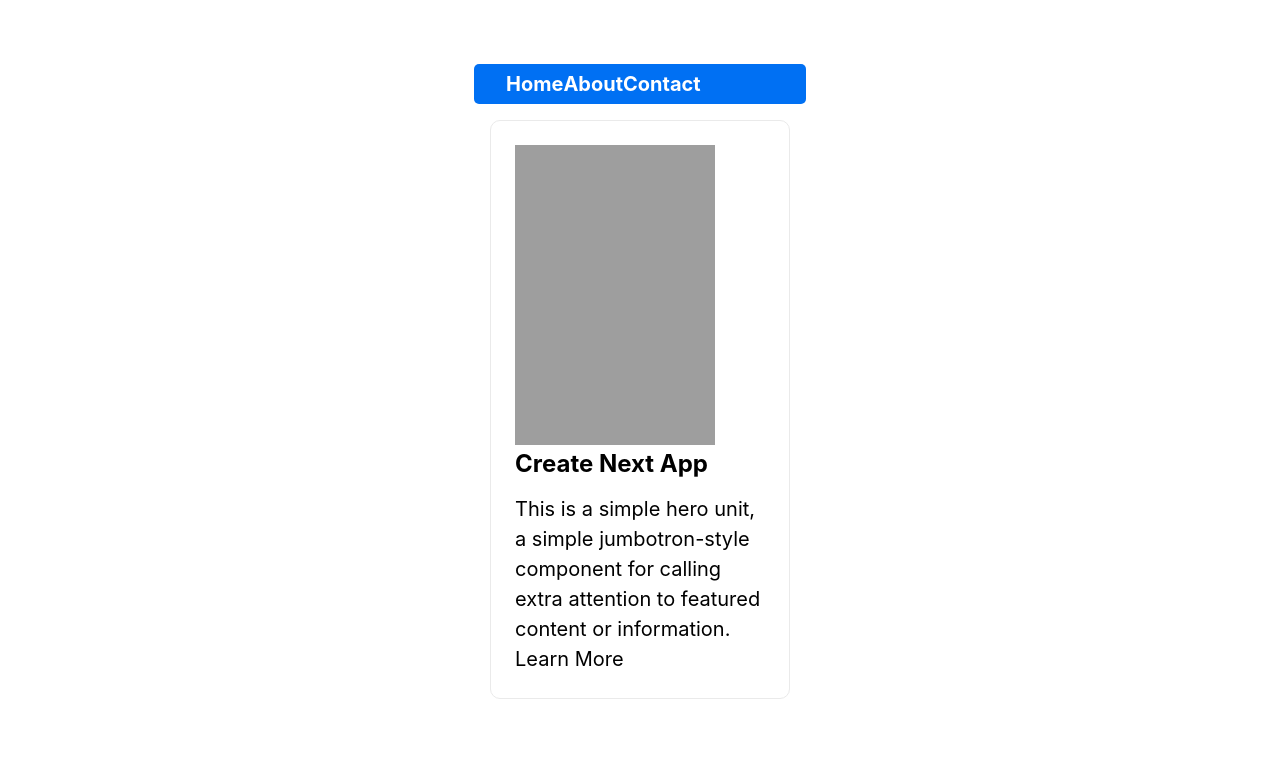
Repository: icode247/nextauth-app
Page: /
The author's editor kept a copy of each file at every save. The page is drawn from the files as they stood at one save, then again after the next save.
The browser window is 1280 px wide. The pictures show the whole page.
Pictures or frames that could not be fetched are drawn as grey boxes. The project was rebuilt for these pictures with package versions that can differ from the ones it lists, and the page was loaded fresh each time. The framework's server and built-in components were replaced by stand-ins that run in the browser. Also part of the build but not shown: next.config.js.

Above is the page before, as saved 2022-08-15 00:18:37.

### pages/index.tsx
import type { NextPage } from 'next'
import Head from 'next/head'
import Image from 'next/image'
import styles from '../styles/Home.module.css'

const Home: NextPage = () => {
  return (
    <div className={styles.container}>
      <Head>
        <title>Create Next App</title>
        <meta name="description" content="Generated by create next app" />
        <link rel="icon" href="/favicon.ico" />
      </Head>

      <main className={styles.main}>
        <div>
          {/* Create navbar */}
          <nav className={styles.navbar}>
            <div className={styles.navbarLinks}>
              <a href="#">Home</a>
              <a href="#">About</a>
              <a href="#">Contact</a>
            </div>
          </nav>
          {/* create book card */}
          <div className={styles.card}>
            <div className={styles.cardImage}>
              <Image src="/images/book.jpg" alt="book" width={200} height={300} />
            </div>
            <div className={styles.cardContent}>
              <h2>Create Next App</h2>
              <p>
                This is a simple hero unit, a simple jumbotron-style component for calling
                extra attention to featured content or information.
              </p>
              <p>
                <a className={styles.btn} href="https://nextjs.org/docs" target="_blank">
                  Learn More
                </a>
              </p>
            </div>
          </div>
        </div>
      </main>
    </div>
  )
}

export default Home

### styles/Home.module.css
.container {
  padding: 0 2rem;
}

.main {
  min-height: 100vh;
  padding: 4rem 0;
  flex: 1;
  display: flex;
  flex-direction: column;
  justify-content: center;
  align-items: center;
}

.footer {
  display: flex;
  flex: 1;
  padding: 2rem 0;
  border-top: 1px solid #eaeaea;
  justify-content: center;
  align-items: center;
}

.footer a {
  display: flex;
  justify-content: center;
  align-items: center;
  flex-grow: 1;
}

.title a {
  color: #0070f3;
  text-decoration: none;
}

.title a:hover,
.title a:focus,
.title a:active {
  text-decoration: underline;
}

.title {
  margin: 0;
  line-height: 1.15;
  font-size: 4rem;
}

.title,
.description {
  text-align: center;
}

.description {
  margin: 4rem 0;
  line-height: 1.5;
  font-size: 1.5rem;
}

.code {
  background: #fafafa;
  border-radius: 5px;
  padding: 0.75rem;
  font-size: 1.1rem;
  font-family: Menlo, Monaco, Lucida Console, Liberation Mono, DejaVu Sans Mono,
    Bitstream Vera Sans Mono, Courier New, monospace;
}

.grid {
  display: flex;
  align-items: center;
  justify-content: center;
  flex-wrap: wrap;
  max-width: 800px;
}

.card {
  margin: 1rem;
  padding: 1.5rem;
  text-align: left;
  color: inherit;
  text-decoration: none;
  border: 1px solid #eaeaea;
  border-radius: 10px;
  transition: color 0.15s ease, border-color 0.15s ease;
  max-width: 300px;
}

.card:hover,
.card:focus,
.card:active {
  color: #0070f3;
  border-color: #0070f3;
}

.card h2 {
  margin: 0 0 1rem 0;
  font-size: 1.5rem;
}

.card p {
  margin: 0;
  font-size: 1.25rem;
  line-height: 1.5;
}

.logo {
  height: 1em;
  margin-left: 0.5rem;
}

.navbar{
  display: flex;
  justify-content: space-between;
  align-items: center;
  padding: 0.5rem 1rem;
  background: #0070f3;
  color: #fff;
  font-size: 1.25rem;
  font-weight: bold;
  border-radius: 5px;
}

.navbarLinks{
  display: flex;
  align-items: center;
  justify-content: space-between;
}

.navbarLinks{
  color: #fff;
  text-decoration: none;
  margin-left: 1rem;
  font-size: 1.25rem;
  font-weight: bold;
  border-radius: 5px;
  transition: color 0.15s ease, border-color 0.15s ease;
  max-width: 300px;
}



@media (max-width: 600px) {
  .grid {
    width: 100%;
    flex-direction: column;
  }
}

@media (prefers-color-scheme: dark) {
  .card,
  .footer {
    border-color: #222;
  }
  .code {
    background: #111;
  }
  .logo img {
    filter: invert(1);
  }
}

Loaded but not shown: pages/_app.tsx (common file); styles/globals.css (common file)

After the next save:
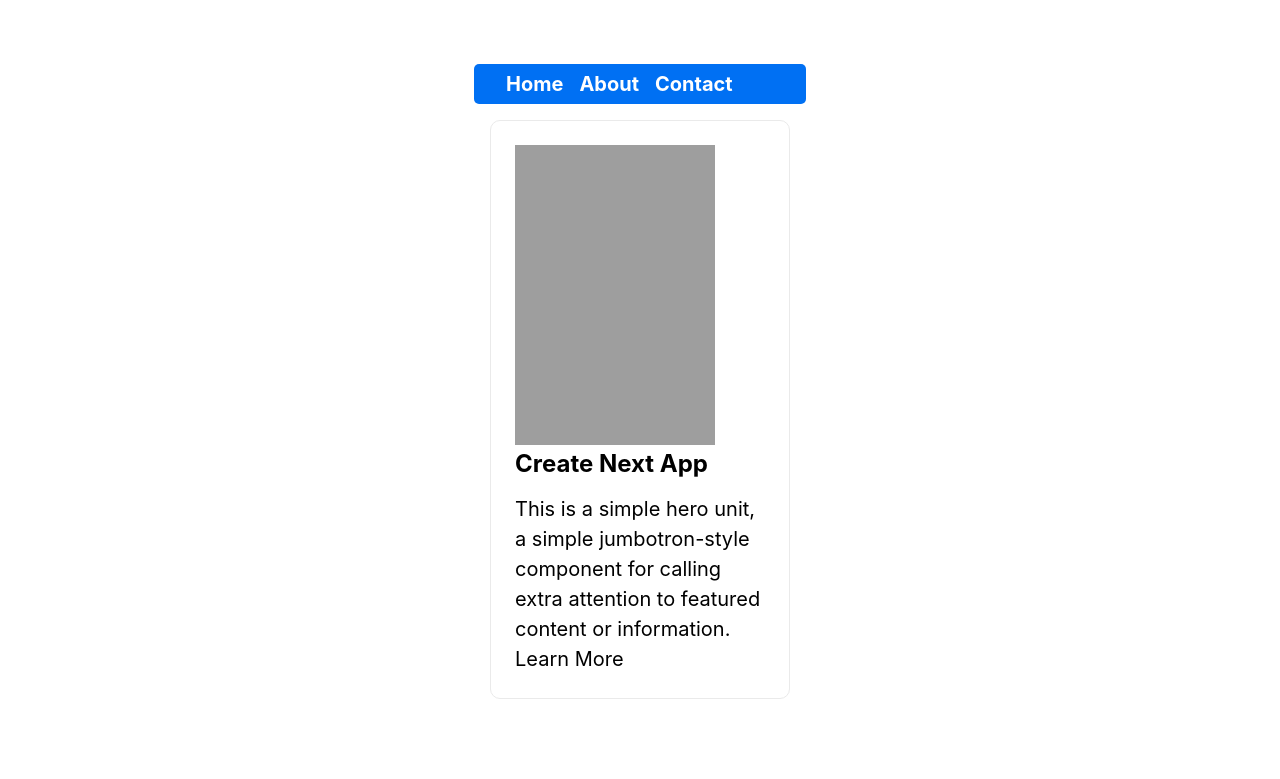
Saved 5 s later.
--- a/styles/Home.module.css
+++ b/styles/Home.module.css
@@ -126,7 +126,7 @@
   justify-content: space-between;
 }
 
-.navbarLinks{
+.navbarLinks a{
   color: #fff;
   text-decoration: none;
   margin-left: 1rem;
